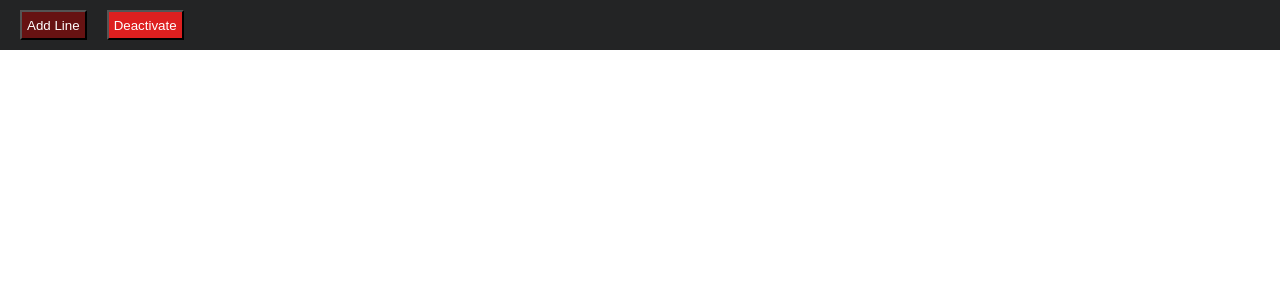
Repository: mykamla/MyJSproj
Page: fabric/index.html
The author's editor kept a copy of each file at every save. The page is drawn from the files as they stood at one save, then again after a run of saves.
The browser window is 1280 px wide. The pictures show the whole page.
The pointer rests on the first visible `#deactivate-adding-shape`.

Above is the page before, as saved 2022-12-26 15:34:37.

After the next 3 saves:
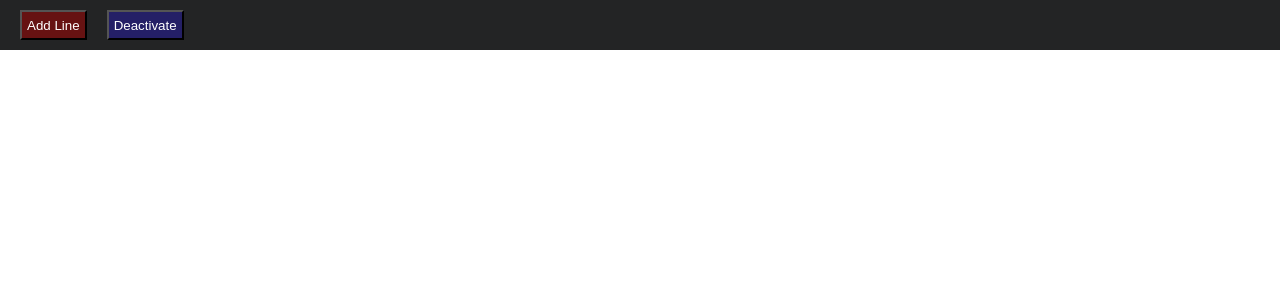
The 3 saves are shown as one change because they came seconds apart.
The last was saved 17 s later.
--- a/fabric/style.css
+++ b/fabric/style.css
@@ -41,6 +41,6 @@
 }
 
 #deactivate-adding-shape:hover {
-    background-color: rgb(221, 31, 31);
+    background-color: rgb(36, 31, 102);
     cursor: pointer;
 }
